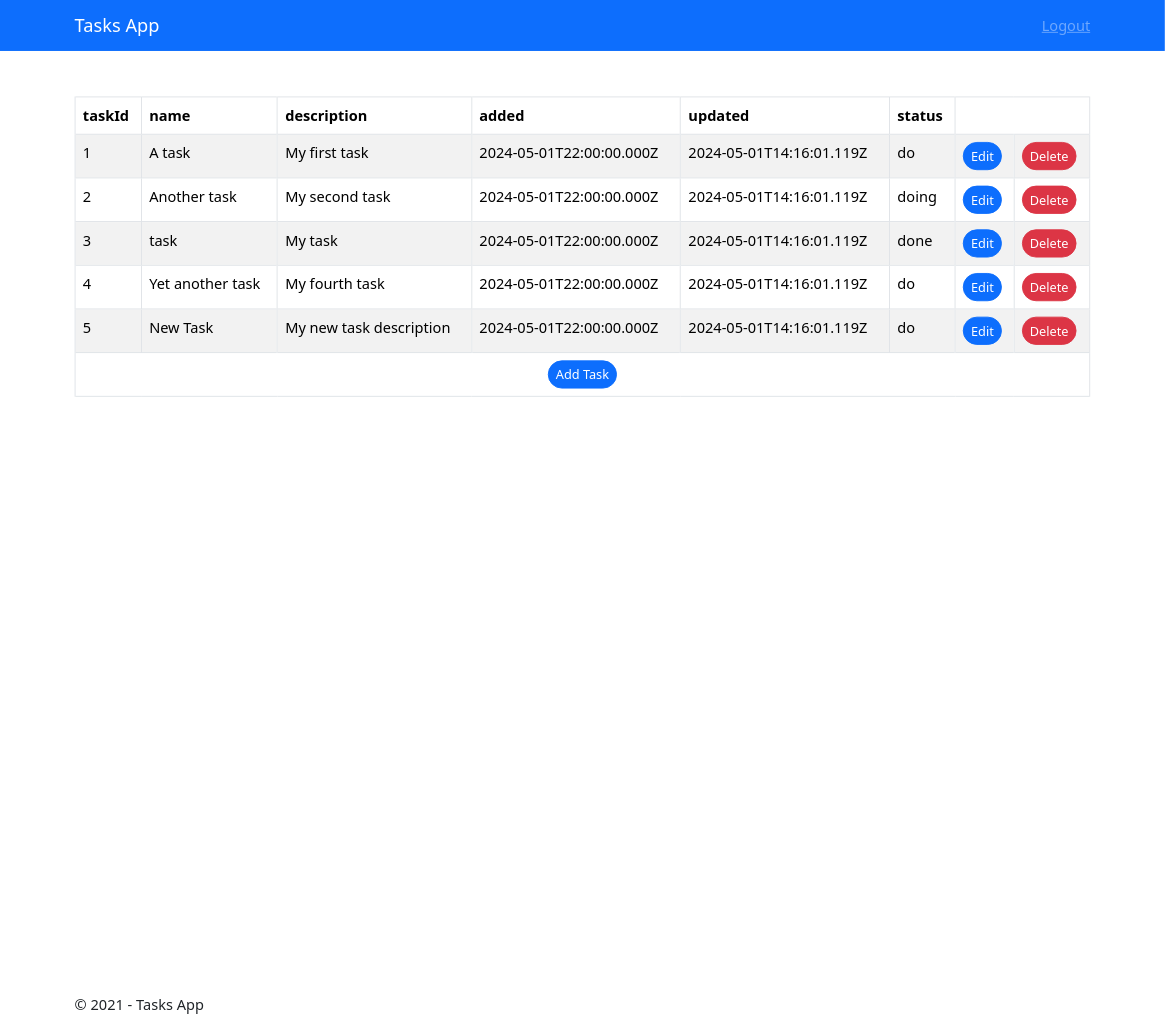
Repository: trider/react-task-manager
Page: /#/tasks
An editor plug-in stored every save of this project. The page is shown before and after the next save, followed by the edit.
The browser window is 1280 px wide. The pictures show the whole page, at 91% of full size.
The project was rebuilt for these pictures with package versions that can differ from the ones it lists, and the page was loaded fresh each time. Also part of the build but not shown: src/App.css, src/data/_Users.js, src/pages/Login.js.

Above is the page before, as saved 2024-05-07 17:42:14.

After the next save:
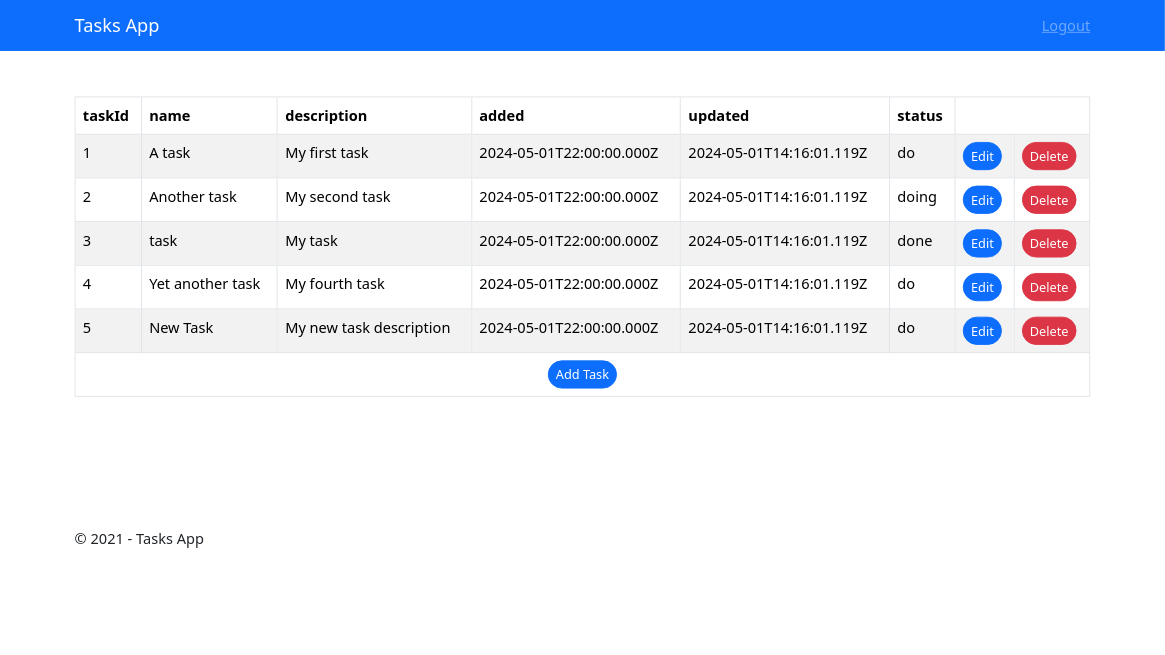
Saved 4 s later.
--- a/src/components/Footer.js
+++ b/src/components/Footer.js
@@ -4,7 +4,7 @@ import Container from 'react-bootstrap/Container';
 const Footer = () => {
   return (
     <footer>
-      <Container style={{paddingTop:'50%'}}>
+      <Container style={{paddingTop:'10%'}}>
         <p>&copy; 2021 - Tasks App</p>
       </Container>
     </footer>
